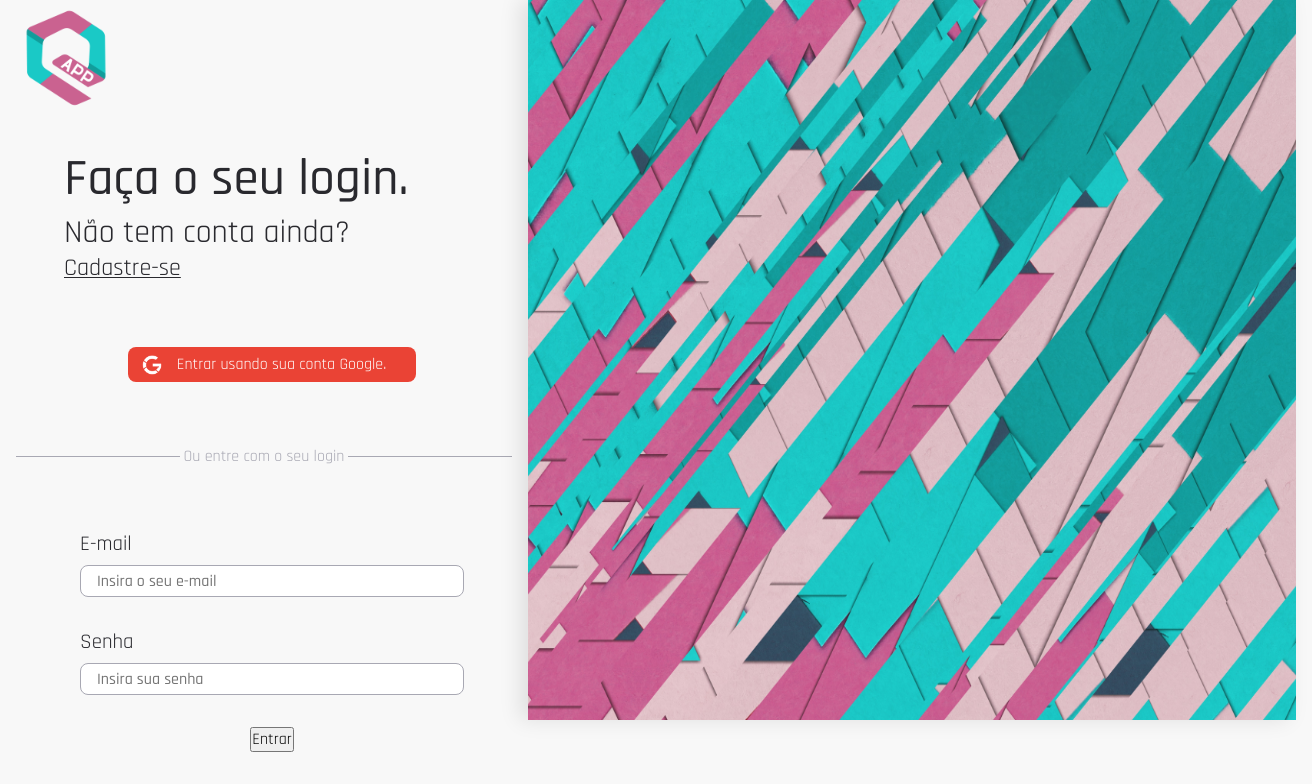
Repository: kika-cavalher/qapp-web
Page: /
These files come from the project's save history. The page is drawn as it stood at one moment and after the next save; the edit follows.
The browser window is 1280 px wide. The page is 1312 px wide, so the pictures cover 1312 px, including what lies to the right of the window. The pictures show the whole page.
The page's requests for data from a server got no answer. The project was rebuilt for these pictures with package versions that can differ from the ones it lists, and the page was loaded fresh each time. No one was signed in, and anything a server would have sent is missing.

Above is the page before, as saved 2022-02-23 20:34:18.

### public/index.html
<!DOCTYPE html>
<html lang="en">
  <head>
    <meta charset="utf-8" />
    <meta name="viewport" content="width=device-width, initial-scale=1" />

    <link rel="preconnect" href="https://fonts.googleapis.com">
    <link rel="preconnect" href="https://fonts.gstatic.com" crossorigin>
    <link href="https://fonts.googleapis.com/css2?family=Rajdhani:wght@300;400;500;600;700&display=swap" rel="stylesheet">

    <title>QApp</title>
  </head>
  <body>
    <noscript>You need to enable JavaScript to run this app.</noscript>
    <div id="root"></div>
  </body>
</html>

### src/index.tsx
import React from 'react';
import ReactDOM from 'react-dom';
import App from './App';

import './styles/global/defaultStyles.scss';
import './services/firebase'


ReactDOM.render(
  <React.StrictMode>
    <App />
  </React.StrictMode>,
  document.getElementById('root')
);

### src/App.tsx
import { LoginPage } from "./pages/Login";

function App() {
  return (
   <LoginPage />
  );
}

export default App;

### src/styles/global/defaultStyles.scss
* {
    margin: 0;
    padding: 0;
    box-sizing: border-box;
  }

  body {
    background: #f8f8f8;
    color: #29292e;
  }

  body, input, button, textarea {
    font: 400 16px 'Rajdhani', sans-serif;
  }

### src/services/firebase.ts
import { initializeApp } from "firebase/app";
import { getAuth } from "firebase/auth";
import { getFirestore } from 'firebase/firestore/lite';


const firebaseConfig = {
    apiKey: process.env.REACT_APP_API_KEY,
    authDomain: process.env.REACT_APP_AUTH_DOMAIN,
    databaseURL: process.env.REACT_APP_DATABASE_URL,
    projectId: process.env.REACT_APP_PROJECT_ID,
    storageBucket: process.env.REACT_APP_STORAGE_BUCKET,
    messagingSenderId: process.env.REACT_APP_MESSAGING_SENDER_ID,
    appId: process.env.REACT_APP_APP_ID
  };

const app = initializeApp(firebaseConfig);

export const auth = getAuth();
export const db = getFirestore(app);

### src/pages/Login.tsx
// import { Link } from 'react-router-dom'

import imgLogin from '../assets/images/imgLogin.jpg';
import logoQapp from '../assets/images/logoQapp.png';
import googleIconImg from '../assets/icon/googleIconImg.png';

import '../styles/pages/login.scss'

export function LoginPage() {
    return (
        <div id="page-login">
            <main>
                <div className='page-login--main__container'>
                    <div className='page-login--main__logo'>
                        <img id="img-logo" src={logoQapp} alt="Logo da empresa QApp" />
                    </div>
                    <div className='page-login--main__title'>
                        <h1>Faça o seu login.</h1>
                        <h2>Não tem conta ainda? </h2>
                        <p className='page-login--main__link-register'>
                        Cadastre-se
                        </p>
                        {/* <Link to="/">Cadastre-se</Link> */}
                    </div>
                    <div className='page-login--main__google'>
                        <button className='btn__google'>
                            <img id="img-icon__google" src={googleIconImg} alt="Logo da empresa QApp" />
                            <p>Entrar usando sua conta Google.</p>
                        </button>
                    </div>
                    <div className='page-login--main__divider'>
                        <div>Ou entre com o seu login</div>
                    </div>
                    <div className='page-login--main__login-forms'>
                        <form>
                            <div className='page-login--login-forms__name'>
                                <p>E-mail</p>
                                <input type="text" placeholder="Insira o seu e-mail"/>
                            </div>
                            <div className='page-login--login-forms__password'>
                                <p>Senha</p>
                                <input type="text" placeholder="Insira sua senha"/>
                            </div>
                            <div className='btn__send'>
                                <button type="submit">Entrar</button>
                            </div>
                        </form>
                    </div>
                </div>

                <div className='page-login--main__img'>
                    <img src={imgLogin} alt="Imagem decorativa na pagina" />
                </div>
            </main>
        </div>
    )
}

### src/styles/pages/login.scss
#page-login {
    display: flex;
    height: 100vh;
    background: #f8f8f8;
}

main{
    display: flex;
    flex-direction: row;
    padding: 0 1rem;
}

.page-login--main__container {
    width: 40vw;
    display: flex;
    flex-direction: column;
}

.page-login--main__logo {

    #img-logo {
    width: 100px;
    margin-top: 0.5rem;
    }
}

.page-login--main__title {
    display: flex;
    flex-direction: column;
    margin: 2rem 3rem;

    h1 {
        font-size: 3.2rem;
        font-weight: 500;
    }

    h2 {
        font-size: 2rem;
        font-weight: 400;
    }

    .page-login--main__link-register {
        font-size: 1.5rem;
        font-weight: 400;
        text-decoration: underline 1px;
        text-underline-position: from-font;
        }
}

.page-login--main__google {
    display: flex;
    margin: 2rem 0;
    align-self: center;
    width: 18rem;

    .btn__google {
        display: flex;
        flex-direction: row;
        width: 100%;
        height: 35px;
        align-items: center;
        background: #ea4335;
        color: #FFF;
        border-radius: 8px;
        cursor: pointer;
        border: 0;
        transition: filter 0.2s;

        #img-icon__google {
            width: 20px;
            margin: 0 5%;
        }
    }
}

.page-login--main__divider {
    font-size: 1rem;
    color: #a8a8b3;

    margin: 2rem 1rem 2rem 0;
    display: flex;
    align-items: center;

    &::before {
      content: '';
      flex: 1;
      height: 1px;
      background: #a8a8b3;
      margin-right: 0.2rem;
    }

    &::after {
      content: '';
      flex: 1;
      height: 1px;
      background: #a8a8b3;
      margin-left: 0.2rem;
    }
}

.page-login--main__login-forms {
    width: 100%;
    display: flex;
    justify-content: center;

    form {
        display: flex;
        flex-direction: column;
        align-items: center;
        margin: 2rem 0;
        width: 75%;
    }
}

.page-login--login-forms__name{
    width: 100%;

    p {
        font-size: 1.3rem
    }

    input {
        width: 100%;
        height: 2rem;
        border-radius: 8px;
        padding: 0 16px;
        background: #FFF;
        border: 1px solid #a8a8b3;
        margin: 0.5rem 0;
        color: #515158;
        font-weight: 500;
        outline: none;

        &:hover {
            border: 2px solid #11a09e;
        }

        &:focus-visible {
            border: 2px solid #11a09e;
        }
    }
}

.page-login--login-forms__password{
    margin: 1.5rem 0;
    width: 100%;

    p {
        font-size: 1.3rem
    }

    input {
        width: 100%;
        height: 2rem;
        border-radius: 8px;
        padding: 0 16px;
        background: #FFF;
        border: 1px solid #a8a8b3;
        margin: 0.5rem 0;
        color: #515158;
        font-weight: 500;
        outline: none;

        &:hover {
            border: 2px solid #11a09e;
        }

        &:focus-visible {
            border: 2px solid #11a09e;
        }
    }
}


.page-login--main__img {

    img {
    height: 100vh;
    width: 60vw;
    box-shadow: -8px 0px 20px rgba(0, 0, 0, 0.1);
    }
}

After the next save:
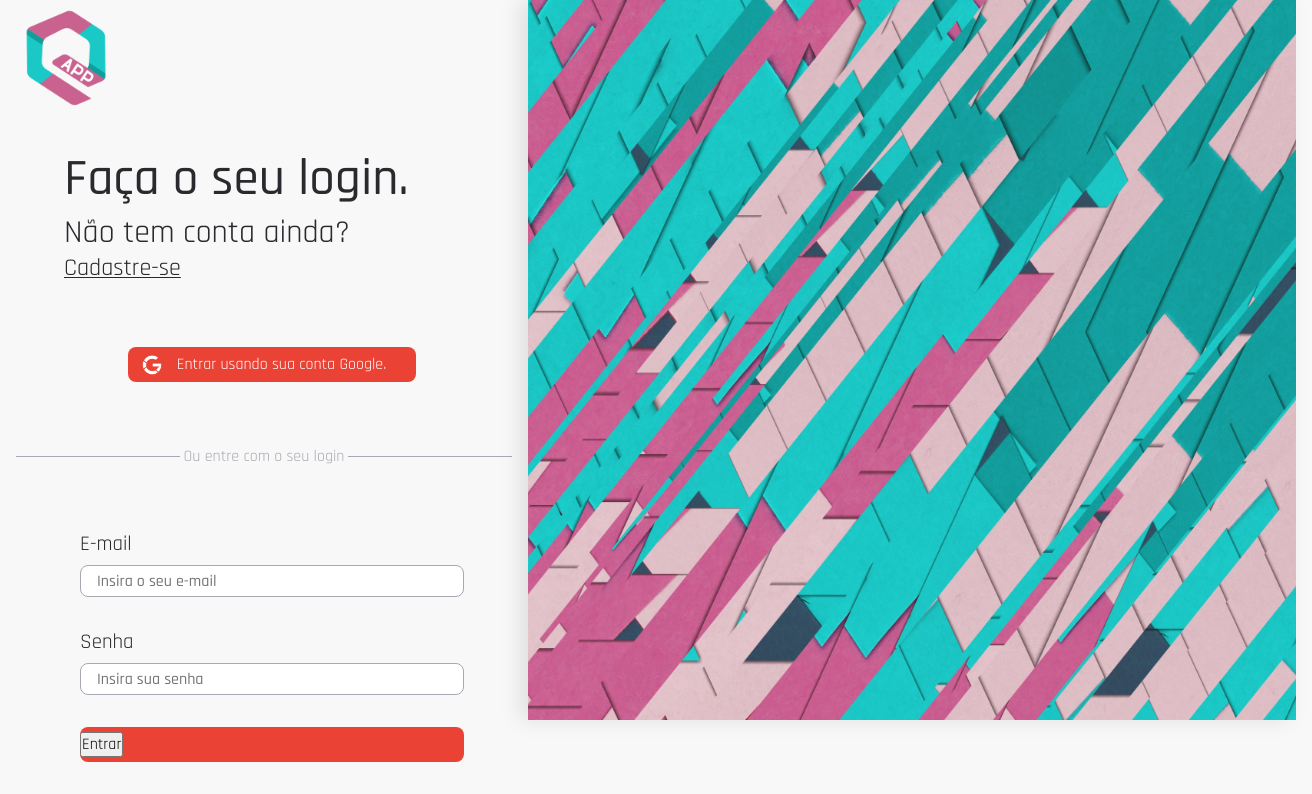
Saved 63 s later.
--- a/src/styles/pages/login.scss
+++ b/src/styles/pages/login.scss
@@ -171,6 +171,20 @@ main{
     }
 }
 
+.btn__send {
+    display: flex;
+    flex-direction: row;
+    width: 100%;
+    height: 35px;
+    align-items: center;
+    background: #ea4335;
+    color: #FFF;
+    border-radius: 8px;
+    cursor: pointer;
+    border: 0;
+    transition: filter 0.2s;
+}
+
 
 .page-login--main__img {
 
